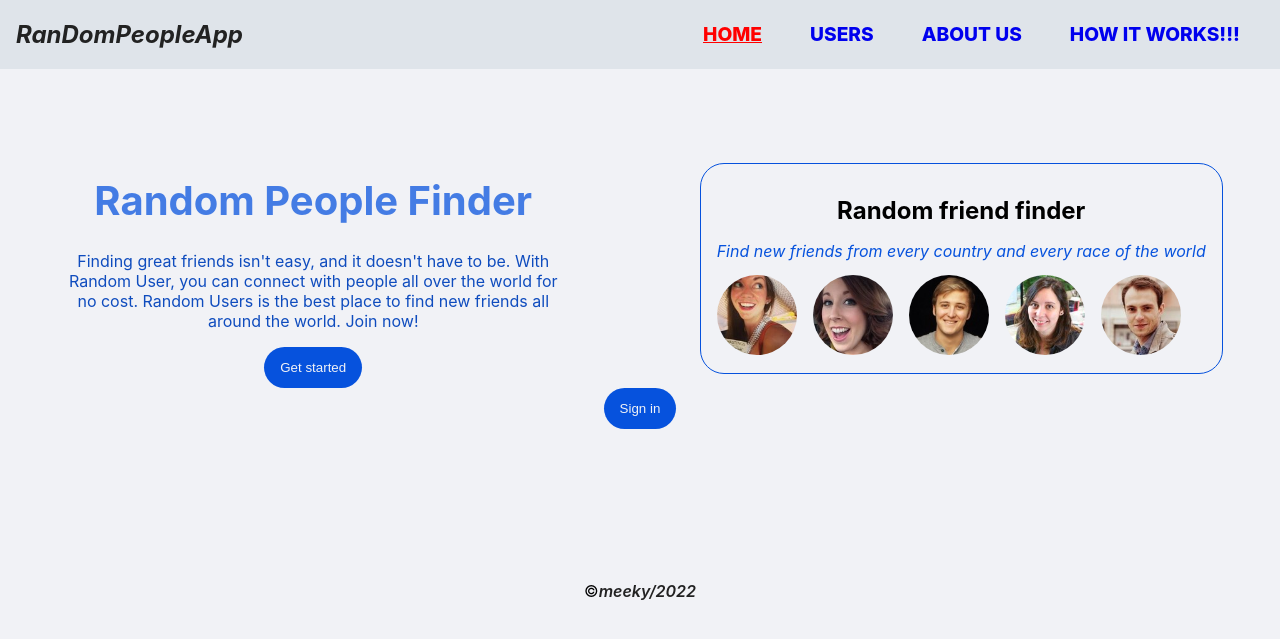
Repository: MikkyPrestige/RandomProfiles
Page: /
An editor plug-in stored every save of this project. The page is shown before and after the next save, followed by the edit.
The browser window is 1280 px wide. The pictures show the whole page.
The project was rebuilt for these pictures with package versions that can differ from the ones it lists, and the page was loaded fresh each time. Some packages were replaced by stand-ins written for this rebuild. Also part of the build but not shown: src/components/users.jsx, src/assets/styles/search.css, src/components/search.jsx, src/assets/styles/help.css, src/components/help.jsx, src/assets/styles/about.css, src/components/about.jsx, src/assets/styles/error.css and 2 more.

Above is the page before, as saved 2022-11-28 04:32:57.

### public/index.html
<!DOCTYPE html>
<html lang="en">

<head>
  <meta charset="utf-8" />
  <link rel="icon" href="%PUBLIC_URL%/favicon.ico" />
  <meta name="viewport" content="width=device-width, initial-scale=1" />
  <meta name="theme-color" content="#000000" />
  <meta name="description" content="Web site created using create-react-app" />
  <link rel="apple-touch-icon" href="%PUBLIC_URL%/logo192.png" />
  <!--
      manifest.json provides metadata used when your web app is installed on a
      user's mobile device or desktop. See https://developers.google.com/web/fundamentals/web-app-manifest/
    -->
  <link rel="manifest" href="%PUBLIC_URL%/manifest.json" />
  <!--
      Notice the use of %PUBLIC_URL% in the tags above.
      It will be replaced with the URL of the `public` folder during the build.
      Only files inside the `public` folder can be referenced from the HTML.

      Unlike "/favicon.ico" or "favicon.ico", "%PUBLIC_URL%/favicon.ico" will
      work correctly both with client-side routing and a non-root public URL.
      Learn how to configure a non-root public URL by running `npm run build`.
    -->
  <title>AltSchool Assignment 2</title>
</head>

<body>
  <noscript>You need to enable JavaScript to run this app.</noscript>
  <div id="root"></div>
  <!--
      This HTML file is a template.
      If you open it directly in the browser, you will see an empty page.

      You can add webfonts, meta tags, or analytics to this file.
      The build step will place the bundled scripts into the <body> tag.

      To begin the development, run `npm start` or `yarn start`.
      To create a production bundle, use `npm run build` or `yarn build`.
    -->
</body>

</html>

### src/index.css
body {
  margin: 0;
  font-family: -apple-system, BlinkMacSystemFont, 'Segoe UI', 'Roboto', 'Oxygen',
    'Ubuntu', 'Cantarell', 'Fira Sans', 'Droid Sans', 'Helvetica Neue',
    sans-serif;
  -webkit-font-smoothing: antialiased;
  -moz-osx-font-smoothing: grayscale;
  background-color: #f1f2f6;
}

code {
  font-family: source-code-pro, Menlo, Monaco, Consolas, 'Courier New',
    monospace;
}

### src/App.jsx
import * as React from "react";
import { ErrorBoundary } from "react-error-boundary";
import { Route, Routes } from "react-router-dom";
import { Layout, Home, Users, Search, Help, About, Error, ErrorFallBack, Footer } from "./components";


const App = () => {

   return (
      <div className="App">
         <main>
            <ErrorBoundary FallbackComponent={ErrorFallBack}>
               <Layout />
               <Routes>
                  <Route path="/" element={<Home />} />
                  <Route path="users">
                     <Route index element={<Users />} />
                     <Route path=":id" element={<Search />} />
                  </Route>
                  <Route path="help" element={<Help />} />
                  <Route path="about" element={<About />} />
                  <Route path="*" element={<Error />} />
               </Routes>
            </ErrorBoundary>
            <Footer />
         </main>
      </div>
   );
}

export default App;

### src/components/index.js
export { default as Layout } from "./layout";
export { default as Home } from "./home";
export { default as Users } from "./users";
export { default as Search } from "./search";
export { default as Help } from "./help"
export { default as About } from "./about";
export { default as Error } from "./error";
export { default as ErrorFallBack } from "./errorFallback";
export {  Footer } from "./avatar";

### src/components/layout.jsx
// LAYOUT COMPONENT - This component is for the App Layout that displays the Navigation bar in the app UI to the user when app is open

import { NavLink } from "react-router-dom";
import "../assets/styles/layout.css";

const CustomNavLink = ({ to, ...props }) => {
  let activeStyle = {
    textDecoration: 'underline',
    color: 'red',
  };

  return (
    <NavLink
      style={({ isActive }) =>
        isActive ? activeStyle : { textDecoration: 'none' }
      }
      to={to}
      end
      {...props}
    />
  );
};


const Layout = () => {

  return (
    <nav className="layout">
      <div className="app-header">
        <h1>RanDomPeopleApp</h1>
      </div>
      <div className="nav__items">
        <CustomNavLink to="/" className="nav__item">Home</CustomNavLink>
        <CustomNavLink to="users" className="nav__item">Users</CustomNavLink>
        <CustomNavLink to="about" className="nav__item">About us</CustomNavLink>
        <CustomNavLink to="help" className="nav__item">How it works!!!</CustomNavLink>
      </div>
    </nav>
  );
}

export default Layout;

### src/components/home.jsx
// HOME COMPONENT - This component is the Home section of the app that displays app Home page on load and when the 'HOME' button in the header is clicked

import { useNavigate } from "react-router-dom";
import "../assets/styles/home.css";
import { Avatar } from "./avatar";
import FirstFemale from "../assets/img/female-1.jpg";
import SecondFemale from "../assets/img/female-2.jpg";
import ThirdFemale from "../assets/img/female-3.jpg";
import FirstMale from "../assets/img/male-1.jpg";
import SecondMale from "../assets/img/male-2.jpg";
import { signInWithRedirect, auth, provider, getRedirectResult } from "../config";
import { useEffect, useState } from "react";

const Home = () => {
  const [signin, setSignin] = useState(false);
  const navigate = useNavigate();
  const getStarted = () => {
    navigate("/users"); // Redirect the user to the users component when the get started button is clicked
  };

  // handle sign In
  const signIn = (e) => {
    e.preventDefault();
    signInWithRedirect(auth, provider);
  };

  // Get redirect result
  useEffect(() => {
    getRedirectResult(auth)
      .then((result) => {
        if (result) {
          setSignin(true);
          // navigate("/users");
        } else {
          // console.log("No user");
        }
      })
      .catch((error) => {
        console.log(error);
      });
  }, []);

  return (
    <div className="home">
      <div className="home__container">
        <div className="desc">
          <h1 className="desc__heading">Random people finder</h1>
          <p className="desc__paragraph">Finding great friends isn't easy, and it doesn't have to be. With Random User, you can connect with people all over the world for no cost. Random Users is the best place to find new friends all around the world. Join now!</p>
          <button onClick={getStarted} className="desc__cta">Get started</button>
        </div>
        <div className="home__wrapper">
          <h2 className="home__heading">Random friend finder</h2>
          <p className="home__text">Find new friends from every country and every race of the world</p>
          <div className="home__img">
            <Avatar image={FirstFemale} alt="Female One" />
            <Avatar image={SecondFemale} alt="Female Two" />
            <Avatar image={FirstMale} alt="Male One" />
            <Avatar image={ThirdFemale} alt="Female Three" />
            <Avatar image={SecondMale} alt="Male Two" />
          </div>
        </div>
      </div>
      {/* // sign in button */}
      <div className="signin-msg">
        <p style={signIn ? { display: "none" } : { display: "block" }}>Sign in successful</p>
        </div>
      <div className="home__signIn">
          <button onClick={signIn} className="desc__cta">Sign in</button>
          </div>
    </div>
  );
};

export default Home;

### src/components/avatar.jsx
// AVATAR COMPONENT - This component is for the Images used in the app.

import "../assets/styles/layout.css";

export const Avatar = ({ image = "", alt = "", style = { width: '5rem', height: '5rem', borderRadius: '50%' } }) => {
  return (
    <div className="avatar">
      <img src={image} alt={alt} style={style} />
    </div>
  );
}


// FOOTER COMPONENT - for the attribution

export const Footer = () => {
  return (
    <div className="attribution">
      <footer>&copy;<a href="https://github.com/MeekyBerry" target="_blank" rel="noreferrer" className="footer">meeky/2022</a></footer>
    </div>
  )
}

### src/assets/styles/layout.css
.layout {
  background-color: #dfe4ea;
  padding: 0rem 1rem;
  color: #222;
  display: flex;
  align-items: center;
  justify-content: space-between;
}

.app-header {
  font-style: italic;
}

.nav__items {
  display: flex;
  align-items: center;
  list-style: none;
  flex-wrap: wrap;
}

.nav__item {
  font-size: 1.2rem;
  font-weight: 800;
  padding: 1rem 1.5rem;
  text-transform: uppercase;
}

.attribution {
  text-align: center;
}

.footer {
  color: #222;
  text-decoration: none;
  cursor: pointer;
  font-style: italic;
  font-weight: 600;
}

### src/assets/styles/home.css
.home {
  height: 60vh;
  width: 100%;
  margin-top: 5rem;
  text-align: center;
}

.home__container {
  display: flex;
  justify-content: space-around;
  align-items: center;
  gap: 1rem;
}

.desc {
  width: 40%;
}

.desc__heading {
  font-size: 2.5rem;
  color: #0651ddbb;
  text-transform: capitalize;
}

.desc__paragraph {
  font-size: 1rem;
  color: #0f4cbe;
}

.desc__cta {
  background-color: #0652dd;
  color: #f1f2f6;
  padding: 0.8rem 1rem;
  border: none;
  border-radius: 1.5rem;
}

.desc__cta:hover {
  background-color: #0f4cbe;
}

.home__wrapper {
  border: 1px solid #0652dd;
  border-radius: 1.5rem;
  line-height: 1;
  padding: 1rem;
  height: min-content;
}

.home__text {
  font-style: italic;
  color: #0652dd;
}

.home__img {
  display: flex;
  align-items: center;
  gap: 1rem;
}

### src/config/index.js
// Import the functions you need from the SDKs you need
import { initializeApp } from "firebase/app";
import { getAuth, signInWithRedirect, GoogleAuthProvider, getRedirectResult, onAuthStateChanged } from "firebase/auth";
// TODO: Add SDKs for Firebase products that you want to use
// https://firebase.google.com/docs/web/setup#available-libraries

// Your web app's Firebase configuration
const firebaseConfig = {
  apiKey: "AIzaSyCfrfw6chi091bWLqJvanxAUTxgJ5XqEu0",
  authDomain: "random-people-app.firebaseapp.com",
  projectId: "random-people-app",
  storageBucket: "random-people-app.appspot.com",
  messagingSenderId: "1097586453252",
  appId: "1:1097586453252:web:4575afe7663a752ae77e51"
};

// Initialize Firebase
const app = initializeApp(firebaseConfig);

// Setup Google auth provider
const provider = new GoogleAuthProvider();

const auth = getAuth();


export { app, provider, auth, signInWithRedirect, getRedirectResult, onAuthStateChanged };

### src/assets/styles/users.css
.users {
  background-color: #fff;
  border: 1px solid #ccc;
  border-radius: 0.5rem;
  padding: 1rem;
  margin: 1rem;
}

.users__heading {
  text-align: center;
  text-transform: uppercase;
  font-size: 1.5rem;
  font-weight: bold;
  margin-bottom: 1rem;
}

/* TOP BUTTON  */
.top__btn {
  display: flex;
  justify-content: space-between;
  align-items: center;
  margin-bottom: 1rem;
}

.cta {
  background-color: #fff;
  border: 1px solid #ccc;
  border-radius: 1rem;
  padding: 0.5rem;
  margin: 1rem;
  font-size: 1rem;
  font-weight: bold;
  cursor: pointer;
}

.page__num {
  background-color: #7fffd4;
  color: #fff;
  border: none;
  border-radius: 50%;
  padding: 0.5rem;
  font-size: 1.5rem;
  font-weight: bold;
  cursor: pointer;
}

.users__list {
  list-style: none;
  padding: 2rem;
  margin: 1rem auto;
  width: 85%;
  display: grid;
  grid-template-columns: repeat(3, minmax(200px, 1fr));
  grid-gap: 3rem;
}

.user__items {
  padding: 1rem;
  border-bottom: 1px solid #ccc;
}

.user__item {
  background-color: #fff;
  border: 1px solid #ccc;
  border-radius: 0.5rem;
  padding: 1rem;
}

.user__img {
  width: 80%;
  border-radius: 10%;
  margin-left: 1rem;
}

/* BUTTON BELOW */
.bottom__btn {
  display: flex;
  justify-content: center;
  align-items: center;
}

.btn {
  background-color: #1e90ff;
  color: #f1f2f6;
  border: none;
  border-radius: 1rem;
  padding: 0.5rem 1rem;
  margin: 1rem;
  font-size: 1rem;
  font-weight: bold;
  cursor: pointer;
}

.active:hover {
  background-color: #ced6e0;
  color: #1e90ff;
}

.active:active {
  background-color: #70a1ff;
  color: #ced6e0;
}

.btn__array {
  padding: 0.5rem;
  margin: 0.5rem;
  font-size: 1rem;
  font-weight: bold;
  border-radius: 0.5rem;
  border: none;
  cursor: pointer;
}

.pagination {
  text-align: center;
}

.search__box {
  display: flex;
  justify-content: center;
  align-items: center;
}

.search__link {
  background-color: #fff;
  border: 1px solid #ccc;
  color: #1e90ff;
  border-radius: 1rem;
  width: 18rem;
  padding: 0.5rem;
  margin: 1rem;
  font-size: 1rem;
  font-weight: bold;
  cursor: pointer;
  text-align: center;
  text-decoration: none;
  animation: search 1s ease-in-out infinite;
}

.search__link:hover {
  background-color: #1e90ff;
  color: #fff;
  animation: none;
}

.search__link:active {
  background-color: #70a1ff;
  color: #fff;
  animation: none;
}

@keyframes search {
  0% {
    transform: scale(1);
  }
  50% {
    transform: scale(1.2);
  }
  100% {
    transform: scale(1);
  }
}

Loaded but not shown: src/index.js (common file)

After the next save:
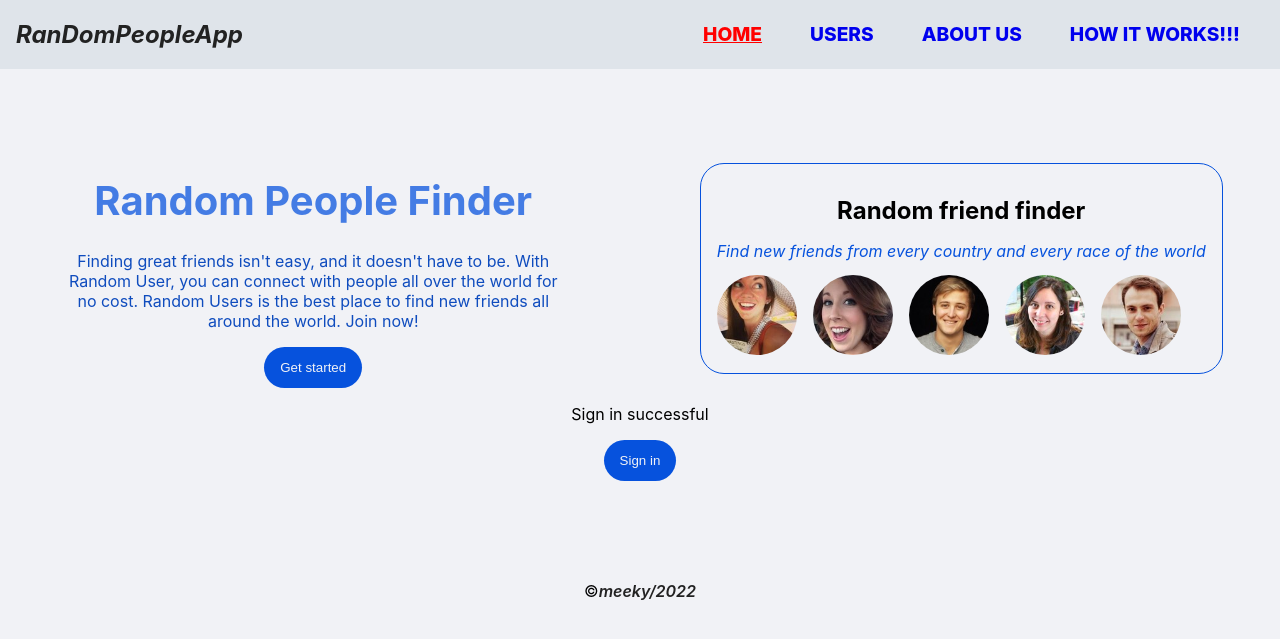
Saved 31 s later.
--- a/src/components/home.jsx
+++ b/src/components/home.jsx
@@ -62,7 +62,7 @@ const Home = () => {
       </div>
       {/* // sign in button */}
       <div className="signin-msg">
-        <p style={signIn ? { display: "none" } : { display: "block" }}>Sign in successful</p>
+        <p style={signIn ? { } : { display: "none" }}>Sign in successful</p>
         </div>
       <div className="home__signIn">
           <button onClick={signIn} className="desc__cta">Sign in</button>
